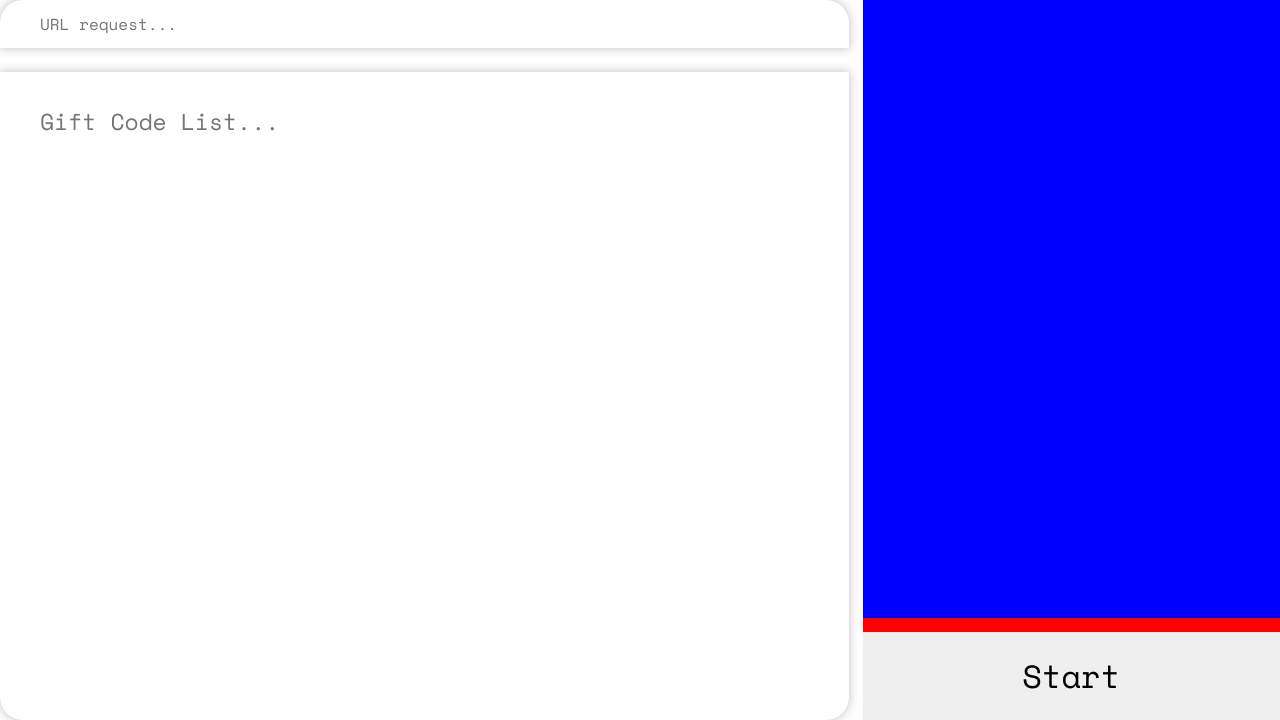
Repository: 777hanh777hanh/test
Page: index.html
The author's editor kept a copy of each file at every save. The page is drawn from the files as they stood at one save, then again after the next save.
The browser window is 1280 px wide. The pictures show the whole page.

Above is the page before, as saved 2023-06-30 17:27:13.

After the next save:
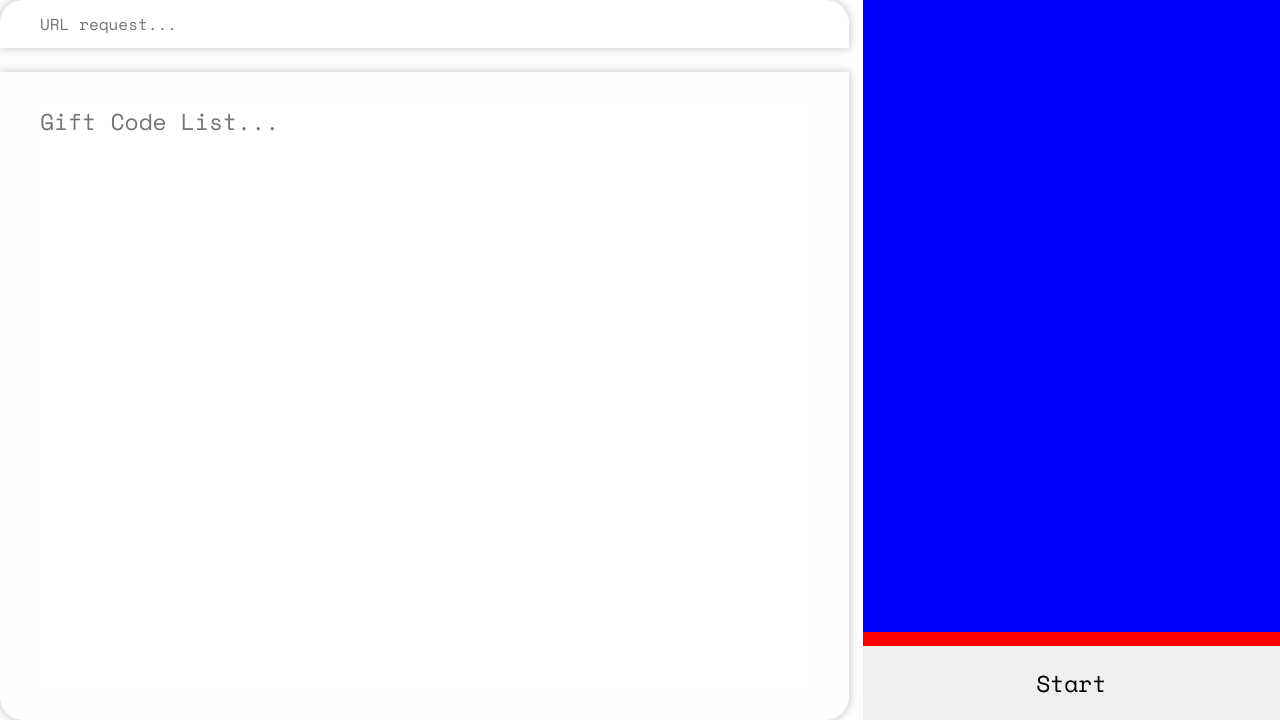
Saved 9 s later.
--- a/assets/css/style.css
+++ b/assets/css/style.css
@@ -95,5 +95,5 @@ html *::-webkit-scrollbar-track {
 
 .btn {
     padding: 20px;
-    font-size: 3.2rem;
+    font-size: 2.3rem;
 }
